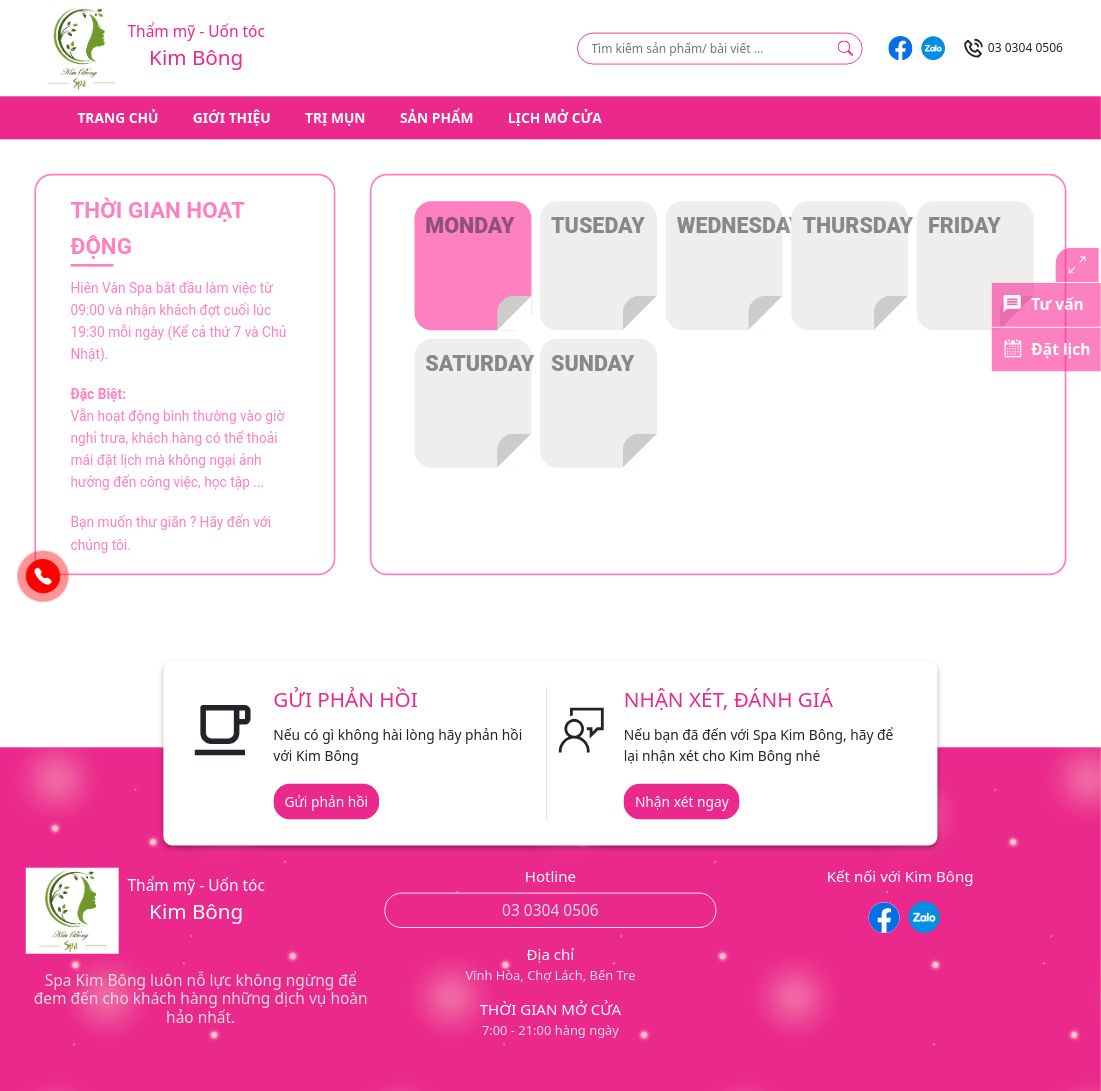
Repository: tranduykhuong/SpaKimBong
Page: /calendar
These files come from the project's save history. The page is drawn as it stood at one moment and after the next save; the edit follows.
The browser window is 1280 px wide. The pictures show the whole page, at 86% of full size.
The project was rebuilt for these pictures with package versions that can differ from the ones it lists, and the page was loaded fresh each time. Also part of the build but not shown: src/components/Banner/banner.scss, src/components/Banner/Banner.js, src/pages/Home/home.scss, src/pages/Home/ListImage/listImage.scss, src/pages/Home/ListImage/ListImage.js, src/pages/Home/BookOnline/bookOnl.scss, src/pages/Home/BookOnline/Modal/ModalBook/modalbook.scss, src/pages/Home/BookOnline/Modal/ModalBook/modalbook.js and 24 more.

Above is the page before, as saved 2022-06-07 10:55:15.

After the next save:
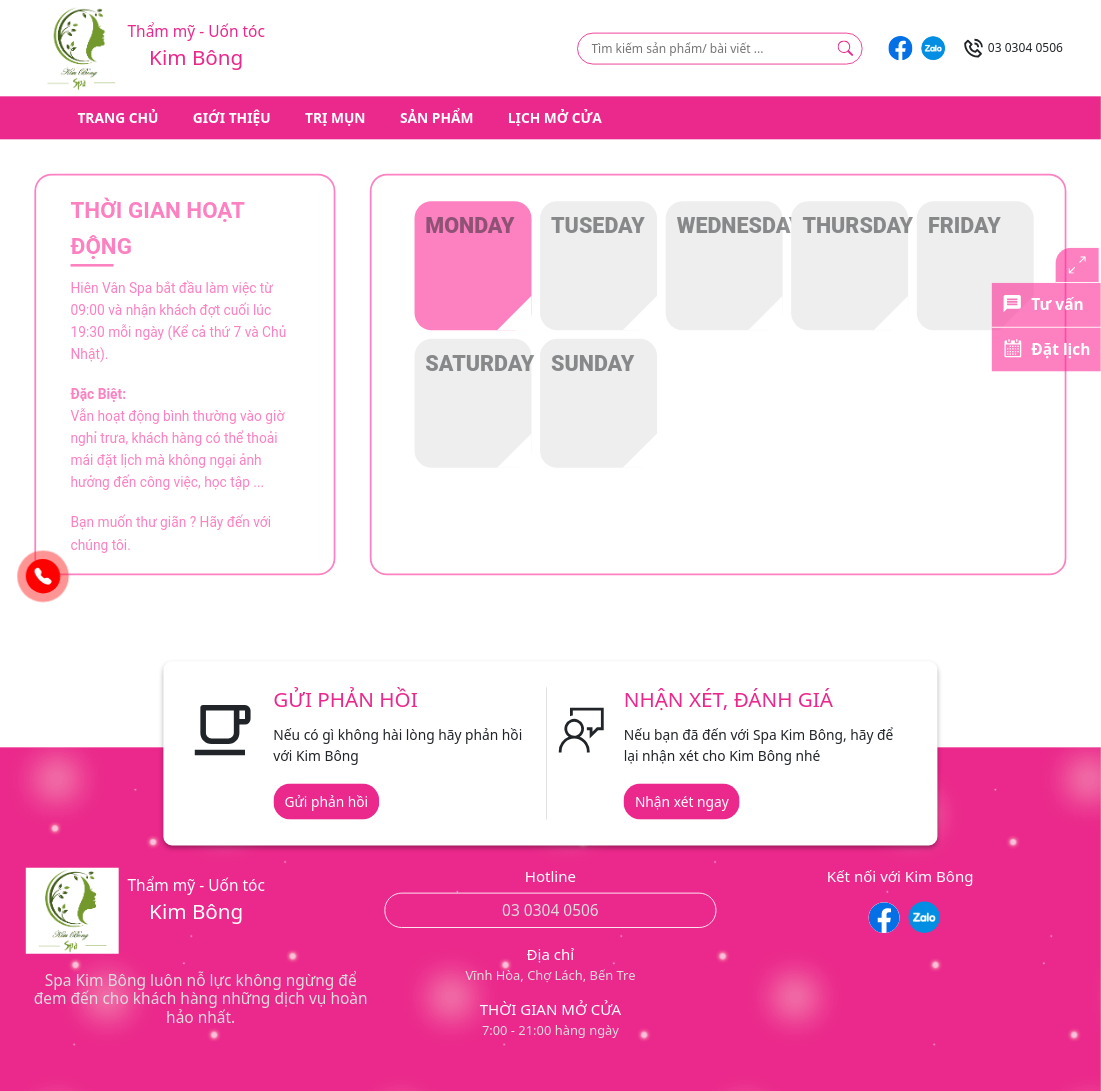
Saved 35 s later.
--- a/src/pages/Calendar/calendar.scss
+++ b/src/pages/Calendar/calendar.scss
@@ -82,7 +82,7 @@
           .box1 {
             background-color: #fd80c1;
           }
-          .calendar-box:before {
+          .calendar-box box1:before {
             content: "";
             position: absolute;
             bottom: 0;

After the 3 saves that followed:
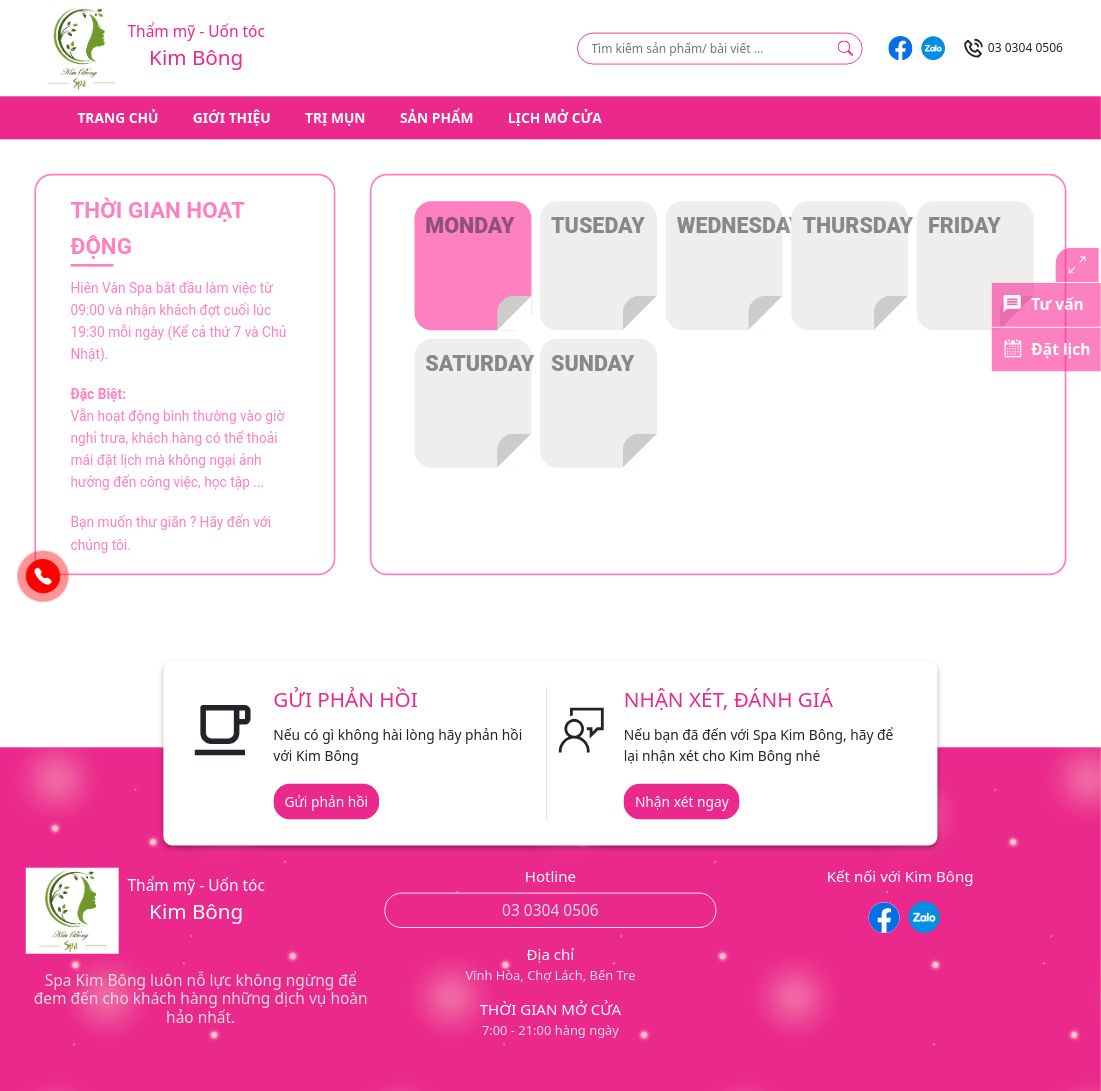
The 3 saves are shown as one change because 2 left the picture as it was.
The last was saved 20 s later.
--- a/src/pages/Calendar/calendar.scss
+++ b/src/pages/Calendar/calendar.scss
@@ -82,7 +82,7 @@
           .box1 {
             background-color: #fd80c1;
           }
-          .calendar-box box1:before {
+          .calendar-box:before {
             content: "";
             position: absolute;
             bottom: 0;
